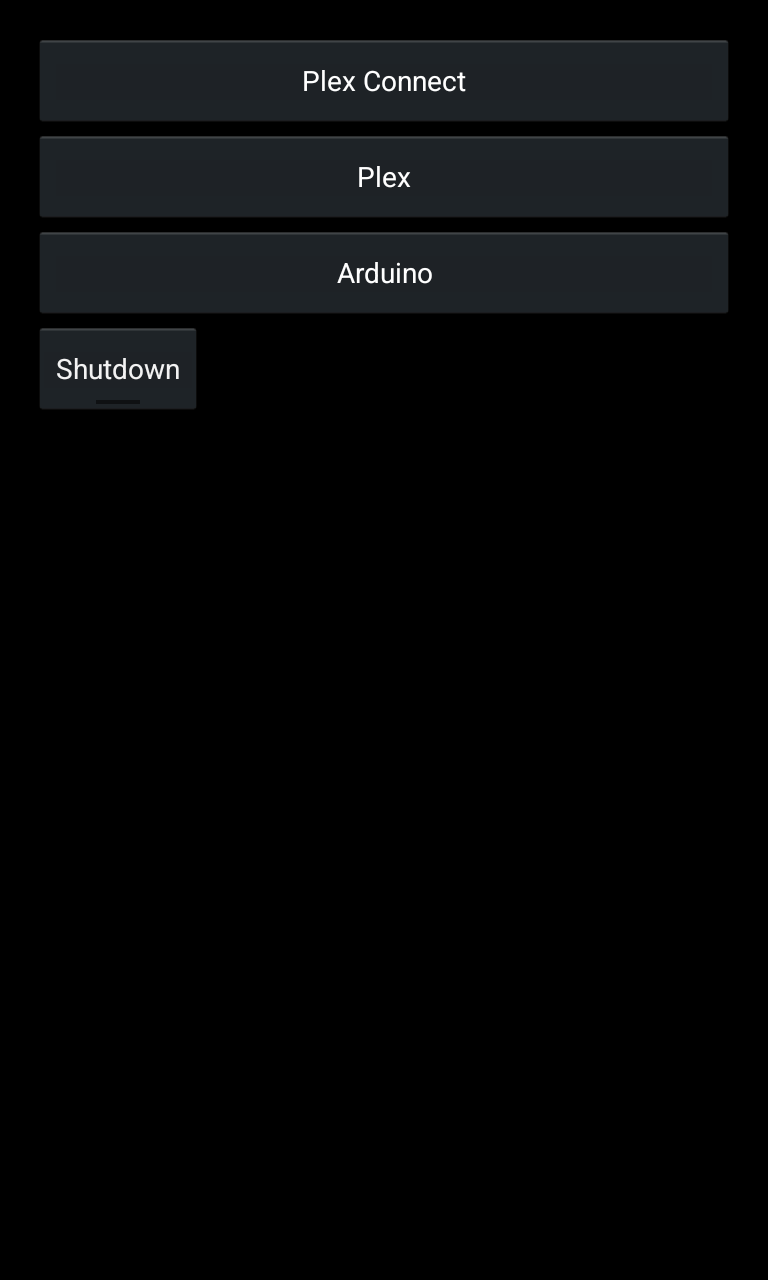
Repository: juanlurie/Android
Layout: TcpClient/res/layout/arduino.xml
The author's editor kept a copy of each file at every save. The layout is drawn from the files as they stood at one save, then again after the next save.
It is drawn on a 768 x 1280 px phone screen (xhdpi) without system bars, with theme AppTheme; the app's code is not run.

Above is the layout before, as saved 2013-08-10 08:55:45.

After the next save:
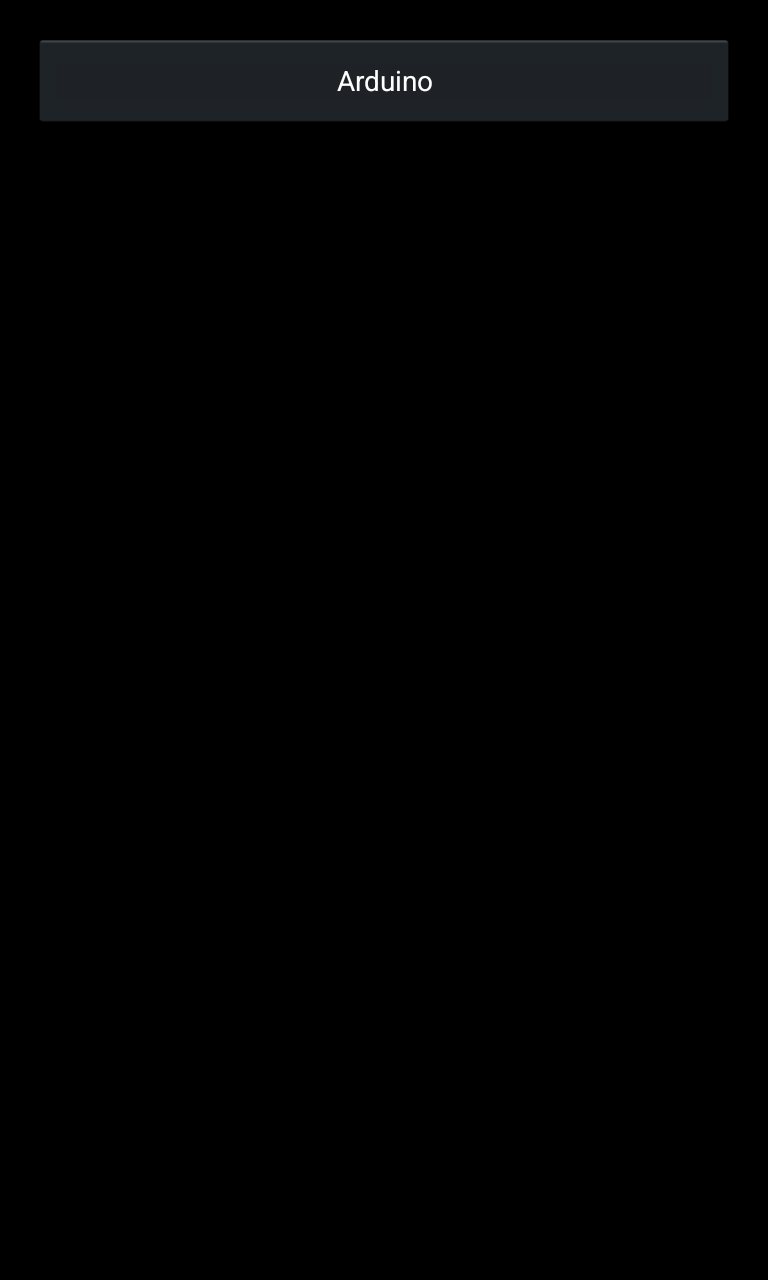
Saved 8 s later.
--- a/TcpClient/res/layout/arduino.xml
+++ b/TcpClient/res/layout/arduino.xml
@@ -13,7 +13,6 @@
   See the License for the specific language governing permissions and
   limitations under the License.
   -->
-
 <LinearLayout xmlns:android="http://schemas.android.com/apk/res/android"
     xmlns:tools="http://schemas.android.com/tools"
     android:layout_width="match_parent"
@@ -27,24 +26,6 @@
     tools:context=".MainActivity" >
 
     <Button
-        android:id="@+id/button3"
-        style="?android:attr/buttonStyleSmall"
-        android:layout_width="match_parent"
-        android:layout_height="wrap_content"
-        android:onClick="plexConnectClick"
-        android:text="Plex Connect"
-        android:textColor="#FFFFFF" />
-
-    <Button
-        android:id="@+id/button4"
-        style="?android:attr/buttonStyleSmall"
-        android:layout_width="match_parent"
-        android:layout_height="wrap_content"
-        android:onClick="plexClick"
-        android:text="Plex"
-        android:textColor="#FFFFFF" />
-
-    <Button
         android:id="@+id/button5"
         style="?android:attr/buttonStyleSmall"
         android:layout_width="match_parent"
@@ -53,23 +34,6 @@
         android:text="Arduino"
         android:textColor="#FFFFFF" />
 
-    <LinearLayout
-        android:layout_width="match_parent"
-        android:layout_height="wrap_content" >
 
-        <ToggleButton
-            android:id="@+id/switch1"
-            android:layout_width="wrap_content"
-            android:layout_height="wrap_content"
-            android:text="Shutdown"
-            android:textOff="Shutdown"
-            android:textOn="Abort" />
-
-        <TextView
-            android:id="@+id/textView1"
-            android:layout_width="wrap_content"
-            android:layout_height="wrap_content"
-            android:textAppearance="?android:attr/textAppearanceSmall" />
-    </LinearLayout>
 
 </LinearLayout>
